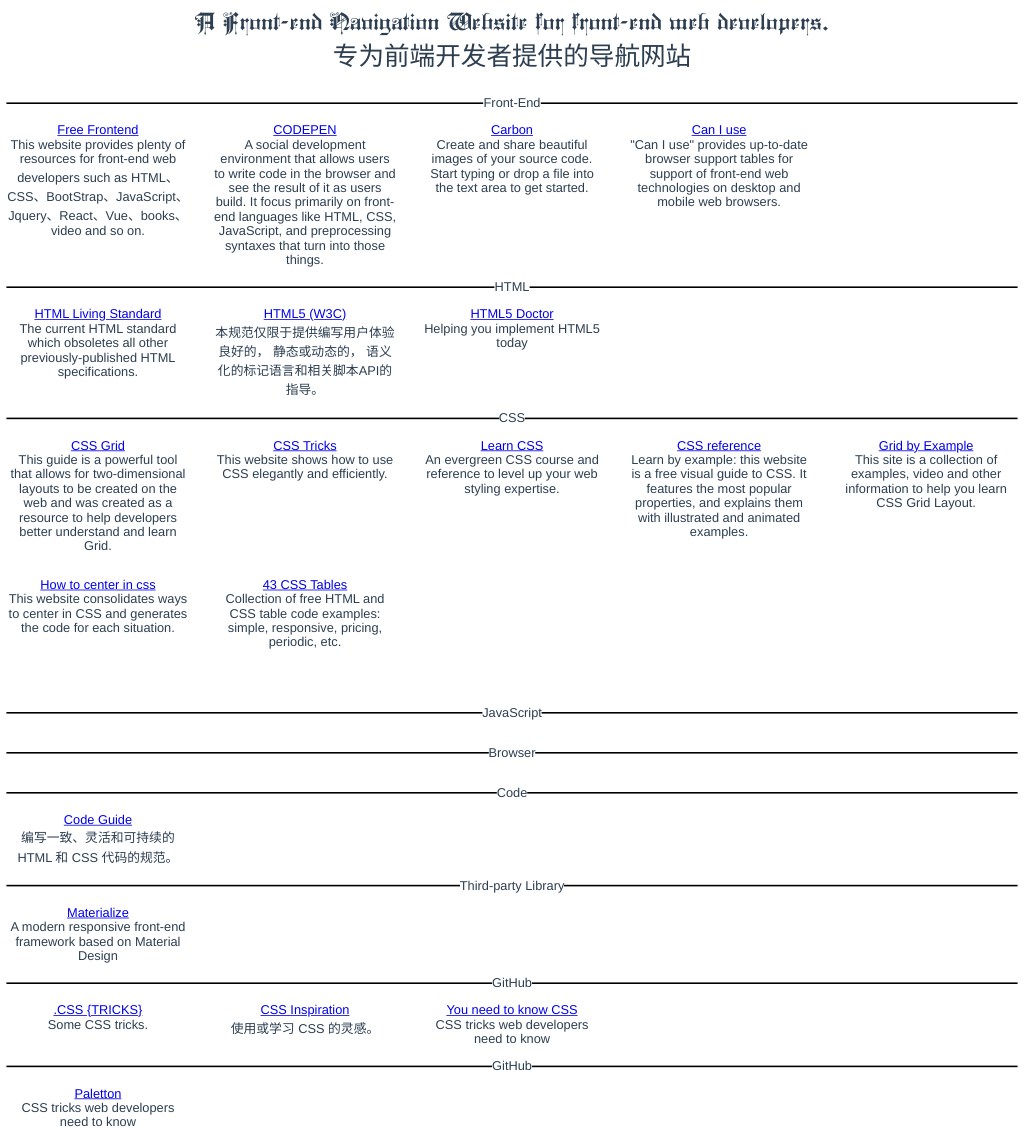
Repository: 321paranoiawhy/fenav.io
Page: /
These files come from the project's save history. The page is drawn as it stood at one moment and after a run of saves; the edit follows.
The browser window is 1280 px wide. The pictures show the whole page, at 80% of full size.
The project was rebuilt for these pictures with package versions that can differ from the ones it lists, and the page was loaded fresh each time. Also part of the build but not shown: vue.config.js.

Above is the page before, as saved 2022-04-06 01:14:25.

### src/views/HomeView.vue
<template>
    <div class="englishTitle">
        A Front-end Navigation Website for front-end web developers.
    </div>
    <div class="chineseTitle">专为前端开发者提供的导航网站</div>
    <!-- Front-End -->
    <p class="divider">Front-End</p>
    <div id="frontend" class="main">
        <div class="card">
            <a class="url" href="https://freefrontend.com/">Free Frontend</a>
            <div class="description">
                This website provides plenty of resources for front-end web
                developers such as
                HTML、CSS、BootStrap、JavaScript、Jquery、React、Vue、books、video
                and so on.
            </div>
        </div>
        <div class="card">
            <a class="url" href="https://codepen.io/trending">CODEPEN</a>
            <div class="description">
                A social development environment that allows users to write code
                in the browser and see the result of it as users build. It focus
                primarily on front-end languages like HTML, CSS, JavaScript, and
                preprocessing syntaxes that turn into those things.
            </div>
        </div>
        <div class="card">
            <a class="url" href="https://carbon.now.sh/">Carbon</a>
            <div class="description">
                Create and share beautiful images of your source code. Start
                typing or drop a file into the text area to get started.
            </div>
        </div>
        <div class="card">
            <a class="url" href="https://caniuse.com/">Can I use</a>
            <div class="description">
                "Can I use" provides up-to-date browser support tables for
                support of front-end web technologies on desktop and mobile web
                browsers.
            </div>
        </div>
    </div>
    <!-- HTML -->
    <p class="divider">HTML</p>
    <div id="HTML" class="main">
        <div class="card">
            <a class="url" href="https://html.spec.whatwg.org/"
                >HTML Living Standard</a
            >
            <div class="description">
                The current HTML standard which obsoletes all other
                previously-published HTML specifications.
            </div>
        </div>
        <div class="card">
            <a class="url" href="https://www.w3.org/html/ig/zh/wiki/HTML5"
                >HTML5 (W3C)</a
            >
            <div class="description">
                本规范仅限于提供编写用户体验良好的， 静态或动态的，
                语义化的标记语言和相关脚本API的指导。
            </div>
        </div>
        <div class="card">
            <a class="url" href="http://html5doctor.com/">HTML5 Doctor</a>
            <div class="description">Helping you implement HTML5 today</div>
        </div>
    </div>
    <!-- CSS -->
    <p class="divider">CSS</p>
    <div id="CSS" class="main">
        <div id="grid" class="card">
            <a class="url" href="https://learncssgrid.com/">CSS Grid</a>
            <div class="description">
                This guide is a powerful tool that allows for two-dimensional
                layouts to be created on the web and was created as a resource
                to help developers better understand and learn Grid.
            </div>
        </div>
        <div id="tricks" class="card">
            <a class="url" href="https://css-tricks.com/">CSS Tricks</a>
            <div class="description">
                This website shows how to use CSS elegantly and efficiently.
            </div>
        </div>
        <div id="learn" class="card">
            <a class="url" href="https://web.dev/learn/css/">Learn CSS</a>
            <div class="description">
                An evergreen CSS course and reference to level up your web
                styling expertise.
            </div>
        </div>
        <div id="reference" class="card">
            <a class="url" href="https://cssreference.io/">CSS reference</a>
            <div class="description">
                Learn by example: this website is a free visual guide to CSS. It
                features the most popular properties, and explains them with
                illustrated and animated examples.
            </div>
        </div>
        <div id="grid" class="card">
            <a class="url" href="https://gridbyexample.com/">Grid by Example</a>
            <div class="description">
                This site is a collection of examples, video and other
                information to help you learn CSS Grid Layout.
            </div>
        </div>
        <div id="center in css" class="card">
            <a class="url" href="http://howtocenterincss.com/"
                >How to center in css</a
            >
            <div class="description">
                This website consolidates ways to center in CSS and generates
                the code for each situation.
            </div>
        </div>
        <div id="table" class="card">
            <a
                class="url"
                href="https://freefrontend.com/css-tables/#pricing-tables"
                >43 CSS Tables</a
            >
            <div class="description">
                Collection of free HTML and CSS table code examples: simple,
                responsive, pricing, periodic, etc.
            </div>
        </div>
    </div>
    <!-- JavaScript -->
    <p class="divider">JavaScript</p>
    <div id="JavaScript" class="main"></div>
    <!-- Browser -->
    <p class="divider">Browser</p>
    <div id="Browser" class="main"></div>
    <!-- Code -->
    <p class="divider">Code</p>
    <div id="Code" class="main">
        <div class="card">
            <a class="url" href="https://codeguide.bootcss.com/">Code Guide</a>
            <div class="description">
                编写一致、灵活和可持续的 HTML 和 CSS 代码的规范。
            </div>
        </div>
    </div>
    <!-- Third-party Library -->
    <p class="divider">Third-party Library</p>
    <div id="Code" class="main">
        <div id="tricks" class="card">
            <a class="url" href="https://materializecss.com/">Materialize</a>
            <div class="description">
                A modern responsive front-end framework based on Material Design
            </div>
        </div>
    </div>
    <!-- GitHub -->
    <p class="divider">GitHub</p>
    <div id="GitHub" class="main">
        <div id="tricks" class="card">
            <a class="url" href="https://github.com/QiShaoXuan/css_tricks"
                >.CSS {TRICKS}</a
            >
            <div class="description">Some CSS tricks.</div>
        </div>
        <div id="Inspiration" class="card">
            <a class="url" href="https://github.com/chokcoco/CSS-Inspiration"
                >CSS Inspiration</a
            >
            <div class="description">使用或学习 CSS 的灵感。</div>
        </div>
        <div id="" class="card">
            <a
                class="url"
                href="https://github.com/l-hammer/You-need-to-know-css"
                >You need to know CSS</a
            >
            <div class="description">
                CSS tricks web developers need to know
            </div>
        </div>
    </div>
    <!-- Color -->
    <p class="divider">GitHub</p>
    <div id="Code" class="main">
        <div id="" class="card">
            <a
                class="url"
                href="https://paletton.com/#uid=1000u0kllllaFw0g0qFqFg0w0aF"
                >Paletton</a
            >
            <div class="description">
                CSS tricks web developers need to know
            </div>
        </div>
    </div>
</template>

<script>
// @ is an alias to /src
export default {
    name: "Home",
    components: {},
};
</script>

<style scoped lang="scss">
@font-face {
    font-family: KingsCross;
    src: url(/public/fonts/KingsCross.ttf);
}
@font-face {
    font-family: NotoSansSC-Regular;
    src: url(/public/fonts/NotoSansSC-Regular.otf);
}
.englishTitle {
    font-family: KingsCross;
    font-size: 32px;
}
.chineseTitle {
    font-family: NotoSanSC-Regular;
    font-size: 32px;
    margin-bottom: 30px;
}
.main {
    display: grid;
    grid-template-columns: repeat(5, 1fr);
    grid-auto-rows: 1fr;
    grid-gap: 30px;
}
// 水平分割线 中间带文字
p {
    display: flex;
}
p:before,
p:after {
    content: "";
    flex: 1 1 0;
    border-bottom: 2px solid #000;
    margin: auto;
}
</style>

Loaded but not shown: public/index.html (common file); src/main.js (common file); src/App.vue (common file); src/router/index.js (common file); src/store/index.js (common file)

After the next 2 saves:
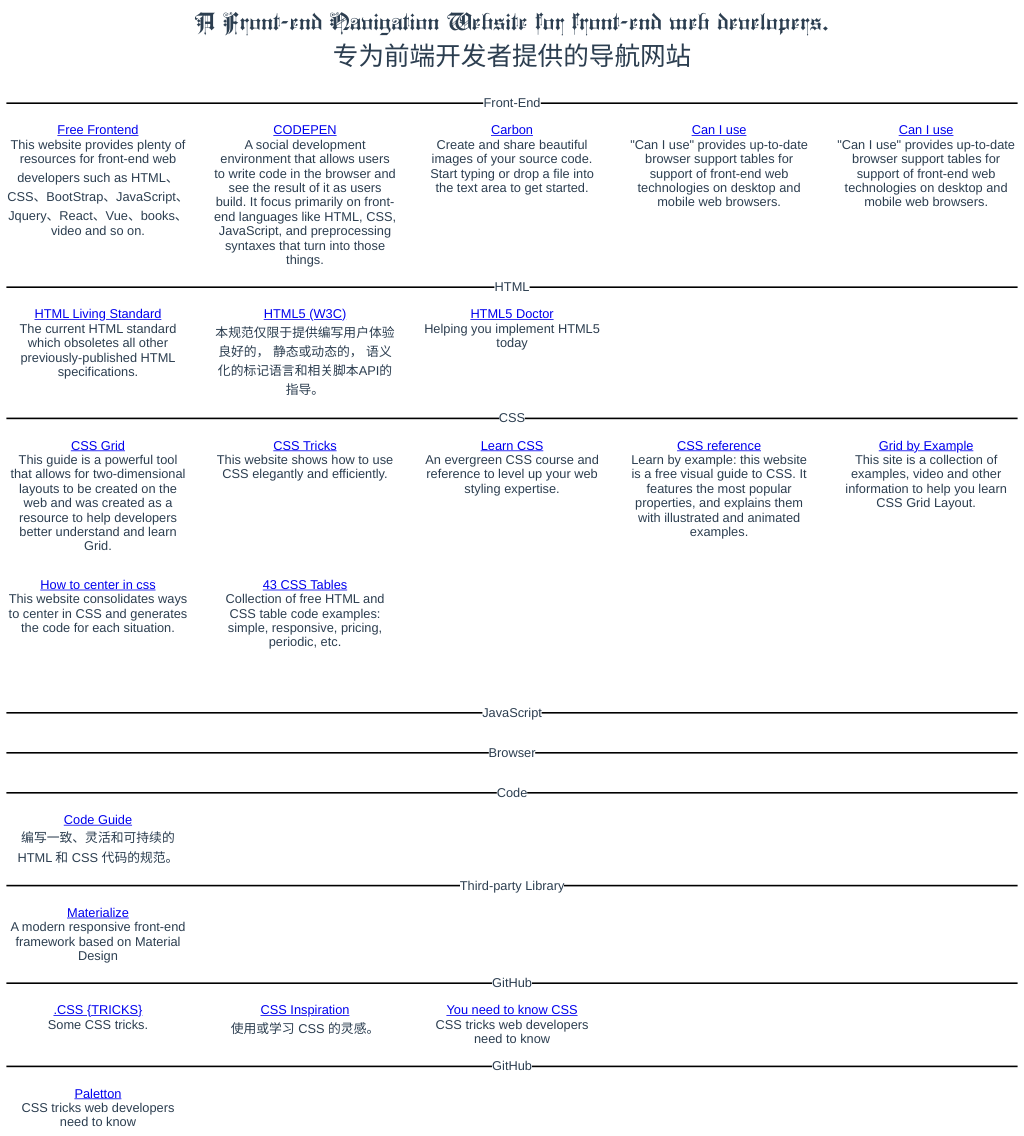
The 2 saves are shown as one change because they came seconds apart.
The last was saved 82 s later.
--- a/src/views/HomeView.vue
+++ b/src/views/HomeView.vue
@@ -33,6 +33,14 @@
         </div>
         <div class="card">
             <a class="url" href="https://caniuse.com/">Can I use</a>
+            <div class="description">
+                "Can I use" provides up-to-date browser support tables for
+                support of front-end web technologies on desktop and mobile web
+                browsers.
+            </div>
+        </div>
+        <div class="card">
+            <a class="url" href="https://www.freecodecamp.org/">Can I use</a>
             <div class="description">
                 "Can I use" provides up-to-date browser support tables for
                 support of front-end web technologies on desktop and mobile web
